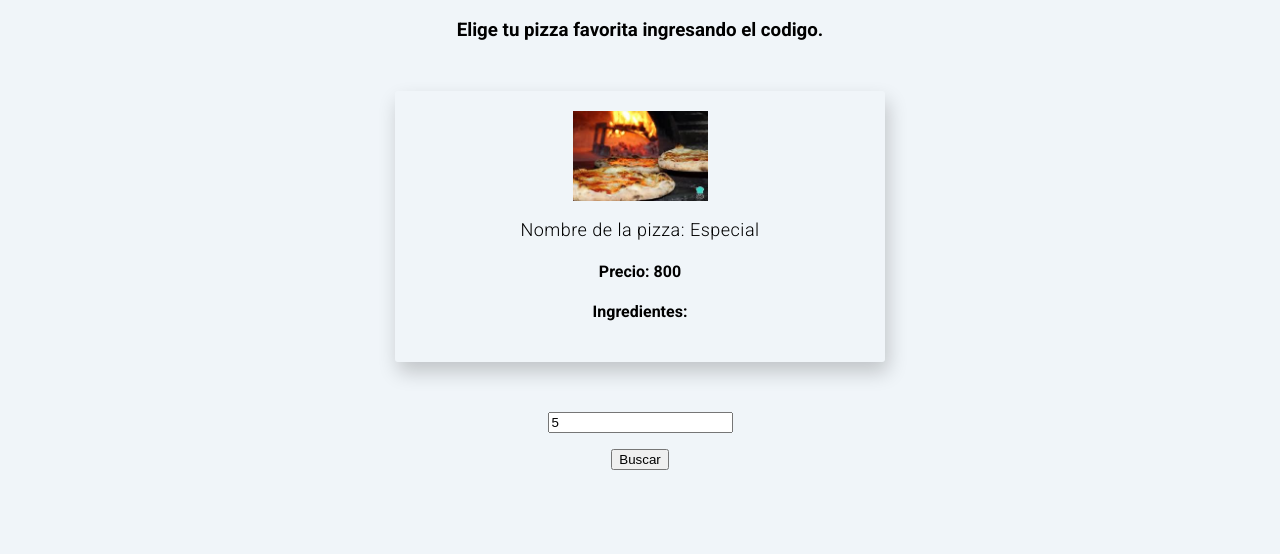
Repository: lucas-itup/E1-JAVASCRIPT
Page: index.html
These files come from the project's save history. The page is drawn as it stood at one moment and after the next save; the edit follows.
The browser window is 1280 px wide. The pictures show the whole page.
Empty fields were first filled with sample values (such as "Sample", 5 or name@example.com).
After loading, the first visible `button` was clicked once.
Some web libraries are served in a nearby version.

Above is the page before, as saved 2022-09-27 22:33:44.

After the next save:
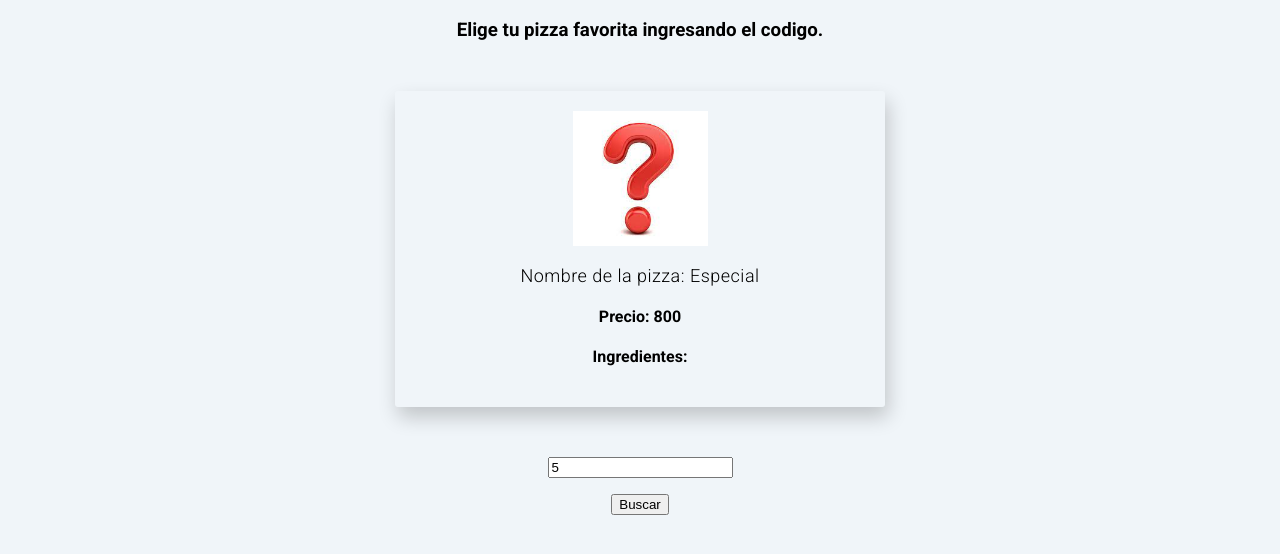
Console error: TypeError: post.ingredientes.slipt is not a function
Saved 117 s later.
--- a/assets/index.js
+++ b/assets/index.js
@@ -75,6 +75,7 @@
         if (post.id == valueid) {
             precioPizza.textContent = post.precio;
             nombrePizza.textContent = post.nombre;
+            ingredientesPizza.textContent = post.ingredientes.slipt("");
             imgPizza.setAttribute('src', post.imagen);
             return true;
         }

After the save that followed:
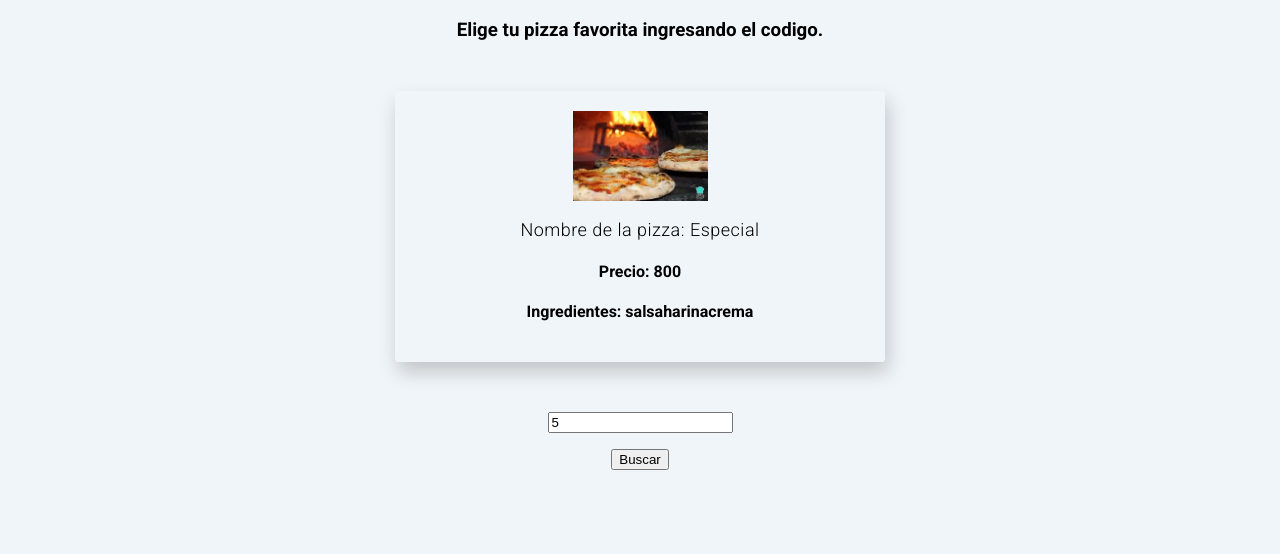
The error is gone.
Saved 47 s later.
--- a/assets/index.js
+++ b/assets/index.js
@@ -75,7 +75,7 @@
         if (post.id == valueid) {
             precioPizza.textContent = post.precio;
             nombrePizza.textContent = post.nombre;
-            ingredientesPizza.textContent = post.ingredientes.slipt("");
+            ingredientesPizza.textContent = post.ingredientes.join("");
             imgPizza.setAttribute('src', post.imagen);
             return true;
         }
